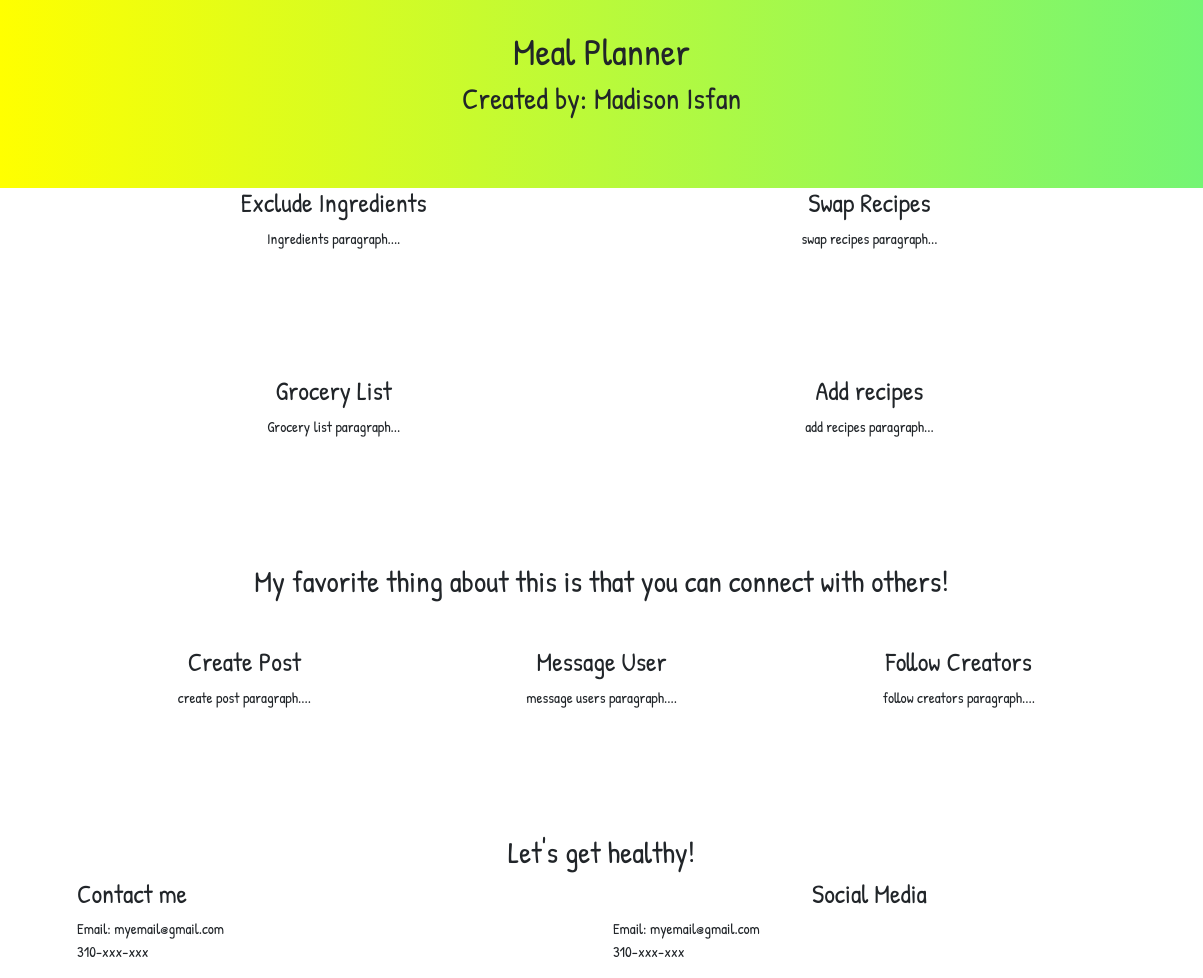
Repository: madisonisfan/Meal-Planner
Page: index.html
The author's editor kept a copy of each file at every save. The page is drawn from the files as they stood at one save, then again after the next save.
The browser window is 1280 px wide. The pictures show the whole page, at 94% of full size.
Some web libraries are served in a nearby version.

Above is the page before, as saved 2021-02-17 17:30:58.

After the next save:
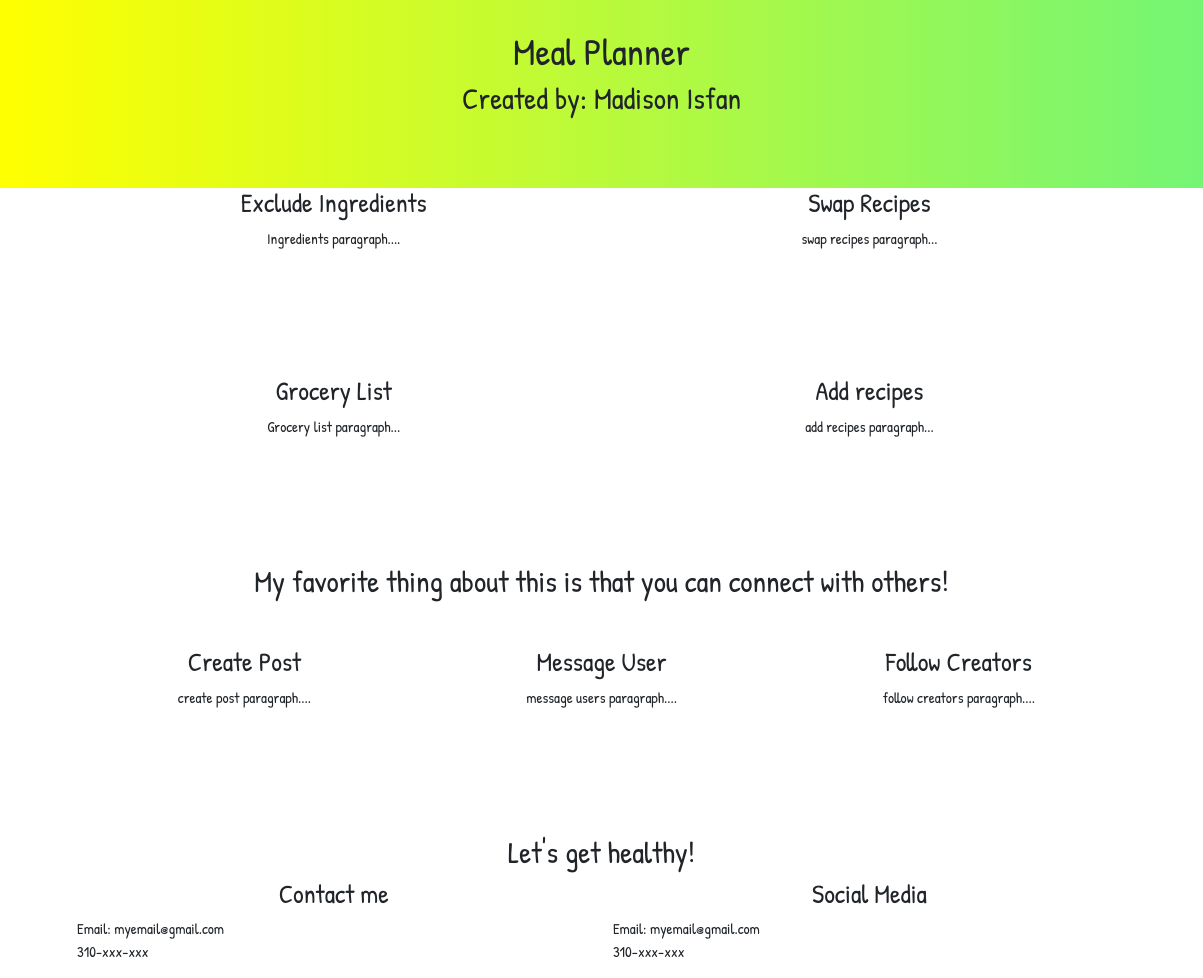
Saved 10 s later.
--- a/index.html
+++ b/index.html
@@ -85,7 +85,7 @@
 
             <div class="row">
                 <div class="col">
-                    <h3>Contact me</h3>
+                    <h3 class="text-center">Contact me</h3>
                     <ul class="list-unstyled">
                         <li>Email: myemail@gmail.com</li>
                         <li>310-xxx-xxx</li>
